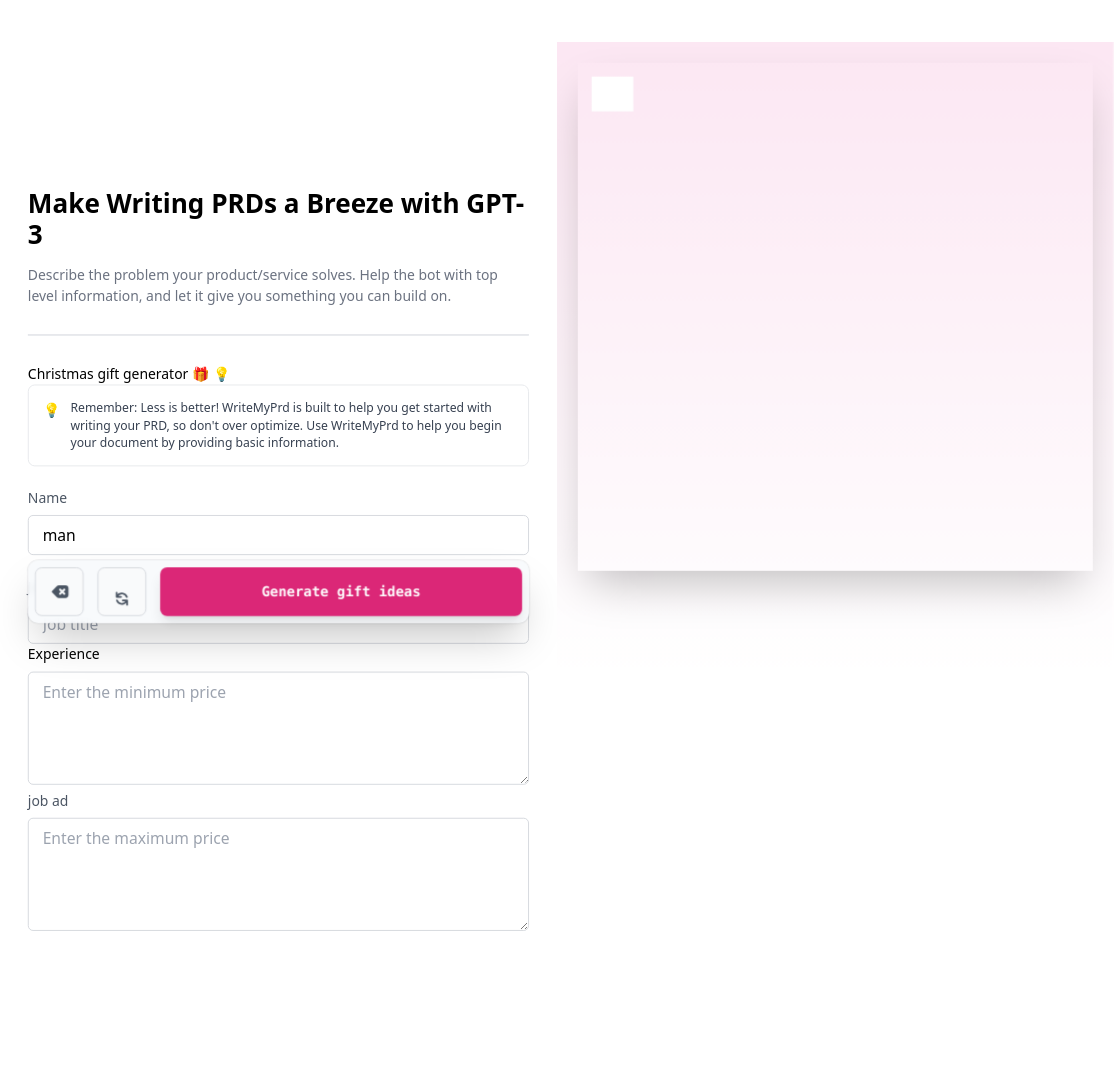
Repository: hamza-mastar/chatgpt-jpbad
Page: /
An editor plug-in stored every save of this project. The page is shown before and after a run of saves, followed by the edit.
The browser window is 1280 px wide. The pictures show the whole page, at 87% of full size.
The project was rebuilt for these pictures with package versions that can differ from the ones it lists, and the page was loaded fresh each time. The framework's server and built-in components were replaced by stand-ins that run in the browser.

Above is the page before, as saved 2023-01-30 14:14:57.

After the next 4 saves:
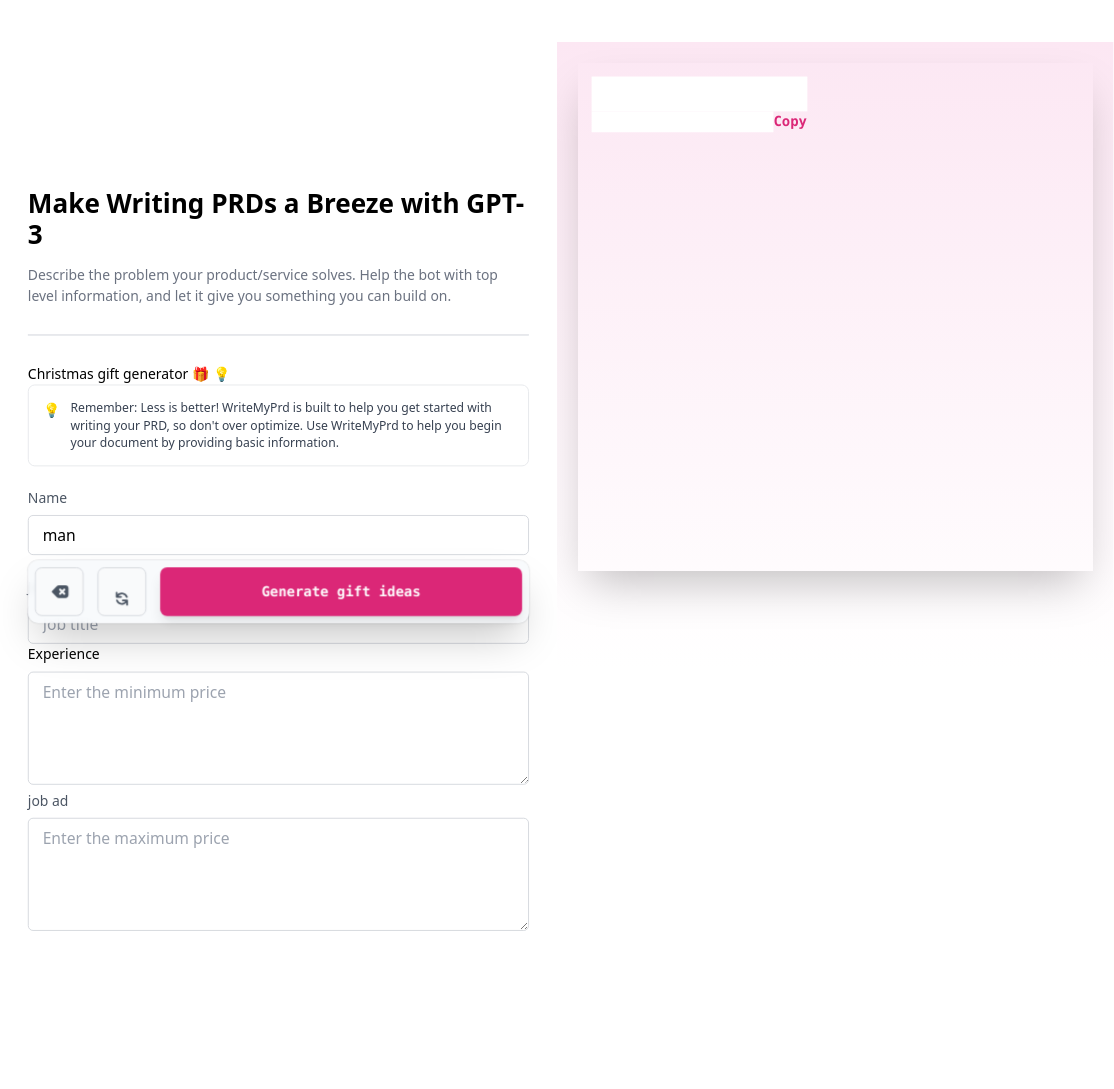
The 4 saves are shown as one change because 3 did not build or start.
The last was saved 5 min 17 s later.
--- a/pages/index.js
+++ b/pages/index.js
@@ -11,14 +11,7 @@
 
 
 
-class clipboard extends React.Component {
-  state = {
-    value: '',
-    copied: false,
-  };
-
-  render(){}
-}
+
 
 
 
@@ -31,6 +24,9 @@
   const [loading, setLoading] = useState(false);
 
   const [result, setResult] = useState('');
+
+  const [value,setValue] = useState('')
+  const [copy,setCopy] = useState(false)
 
   async function onSubmit(event) {
     event.preventDefault();
@@ -49,6 +45,7 @@
     const data = await response.json();
     setResult(data.result.replaceAll('\n', '<br />'));
     setLoading(false);
+
   }
 
 
@@ -168,8 +165,21 @@
           dangerouslySetInnerHTML={{ __html: result }}
 
 
+
         />
-
+        <div className='app'>
+      <div className="input_group">
+      <i class="bi bi-link-45deg"></i>
+      <input type="text" onChange={(e)=>setValue(e.target.value)} />
+      <CopyToClipboard text={value}
+          onCopy={() =>setCopy(true)}>
+           <button className={`${copy ? 'copied' : 'copy' }`}>
+             {copy ? 'Copied' : "Copy"}
+           </button>
+        </CopyToClipboard>
+
+      </div>
+    </div>
 
         </div>
 

After the save that followed:
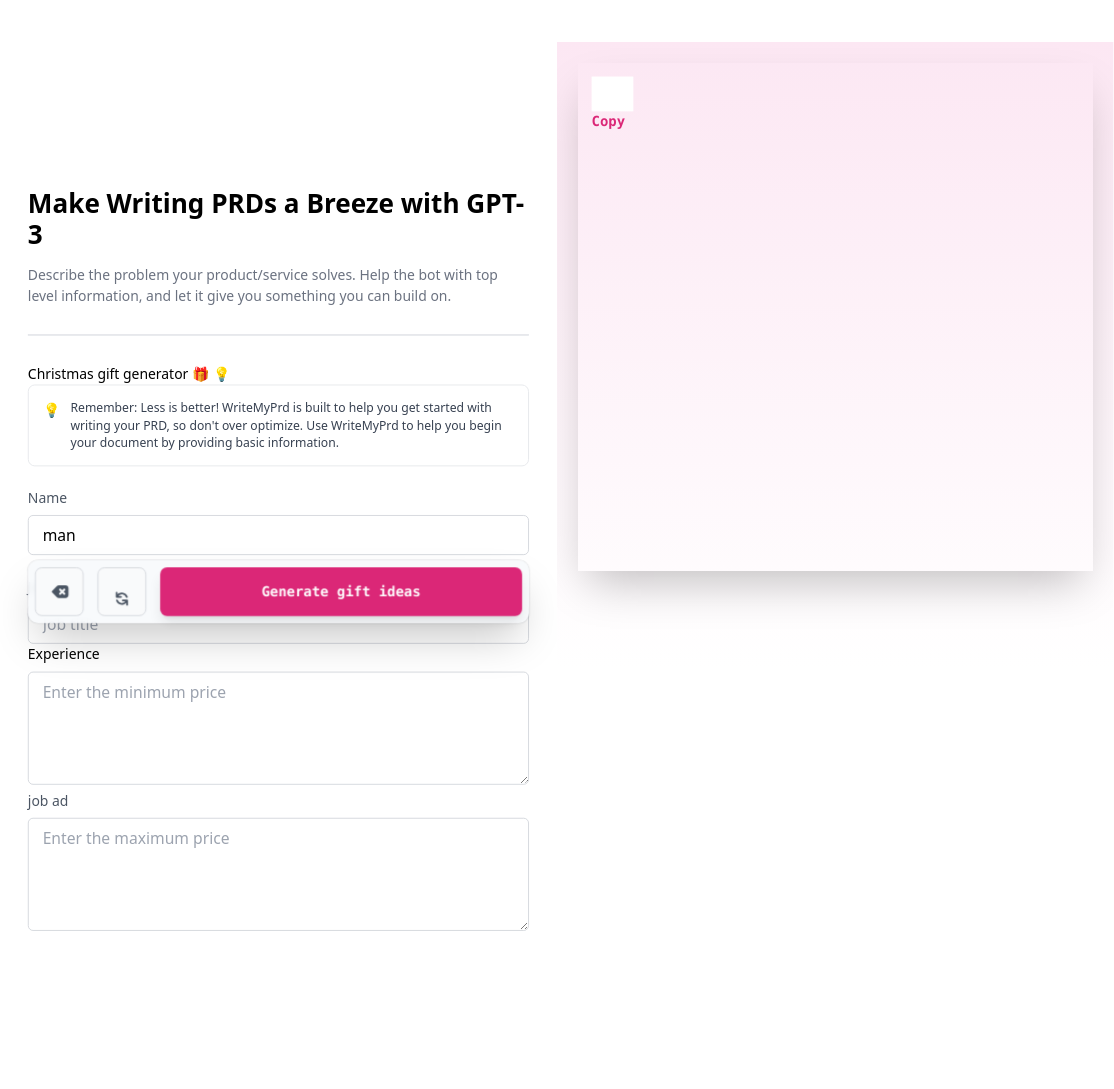
Saved 30 s later.
--- a/pages/index.js
+++ b/pages/index.js
@@ -167,10 +167,7 @@
 
 
         />
-        <div className='app'>
-      <div className="input_group">
-      <i class="bi bi-link-45deg"></i>
-      <input type="text" onChange={(e)=>setValue(e.target.value)} />
+
       <CopyToClipboard text={value}
           onCopy={() =>setCopy(true)}>
            <button className={`${copy ? 'copied' : 'copy' }`}>
@@ -178,8 +175,8 @@
            </button>
         </CopyToClipboard>
 
-      </div>
-    </div>
+
+
 
         </div>
 
